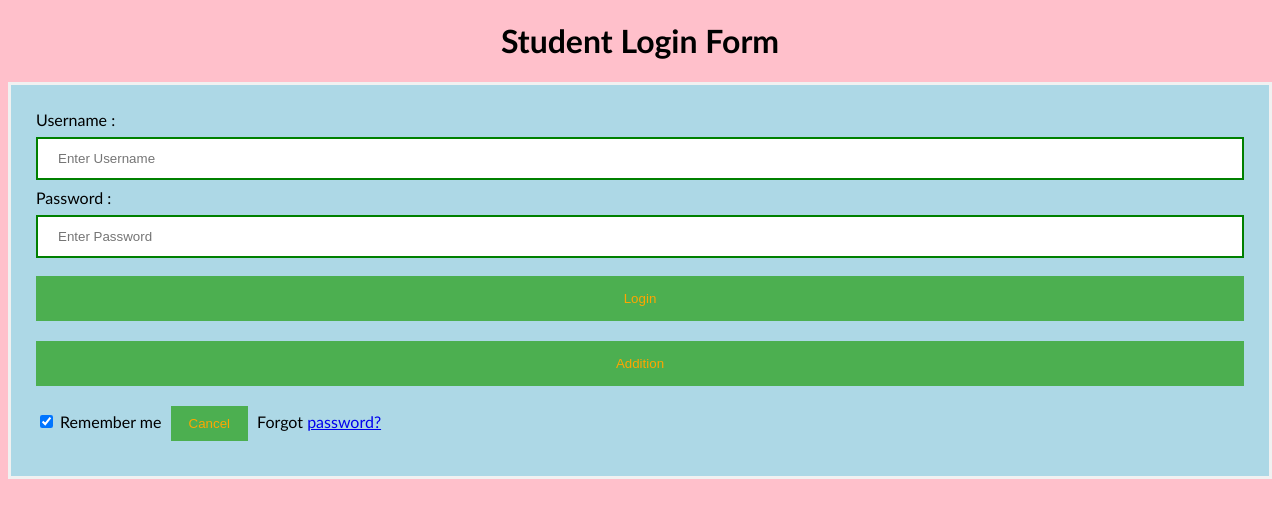
Repository: prathamesh-coditas/Servlet
Page: DemoApp/src/main/webapp/login.html
These files come from the project's save history. The page is drawn as it stood at one moment and after the next save; the edit follows.
The browser window is 1280 px wide. The pictures show the whole page.

Above is the page before, as saved 2022-03-03 07:33:16.

After the next save:
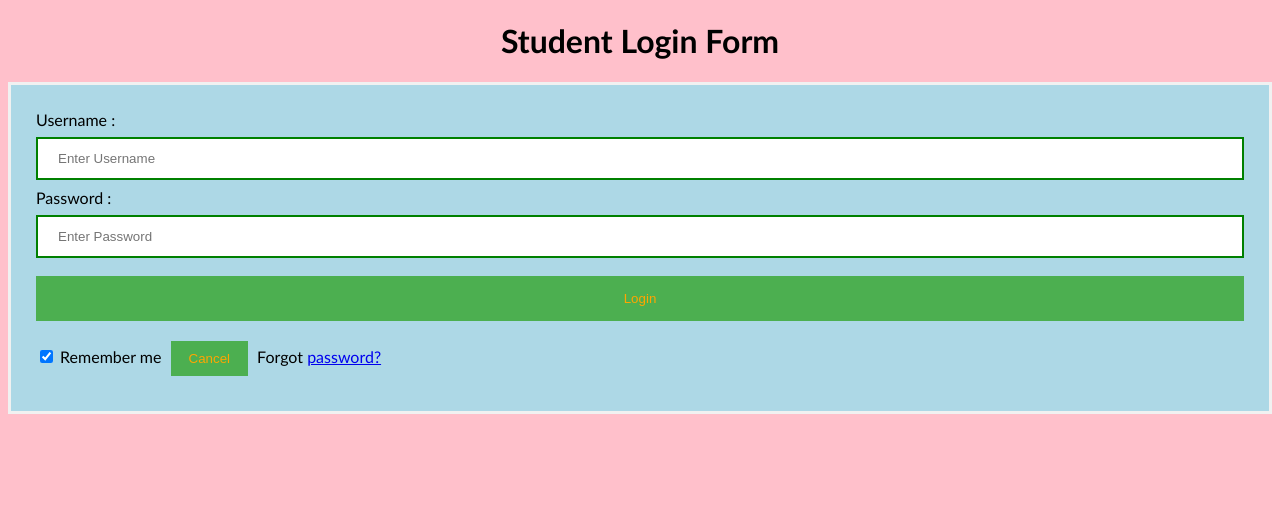
Saved 14 s later.
--- a/DemoApp/src/main/webapp/login.html
+++ b/DemoApp/src/main/webapp/login.html
@@ -53,7 +53,6 @@ button {
             <label>Password : </label>
             <input type="password" placeholder="Enter Password" name="password" required>
             <button type="submit"onclick="return check(this.form)"formaction="index.html">Login</button>
-            <button type="submit" >Addition</button>
             <input type="checkbox" checked="checked"> Remember me
             <button type="button" class="cancelbtn"> Cancel</button>
             Forgot <a href="#"> password? </a>
